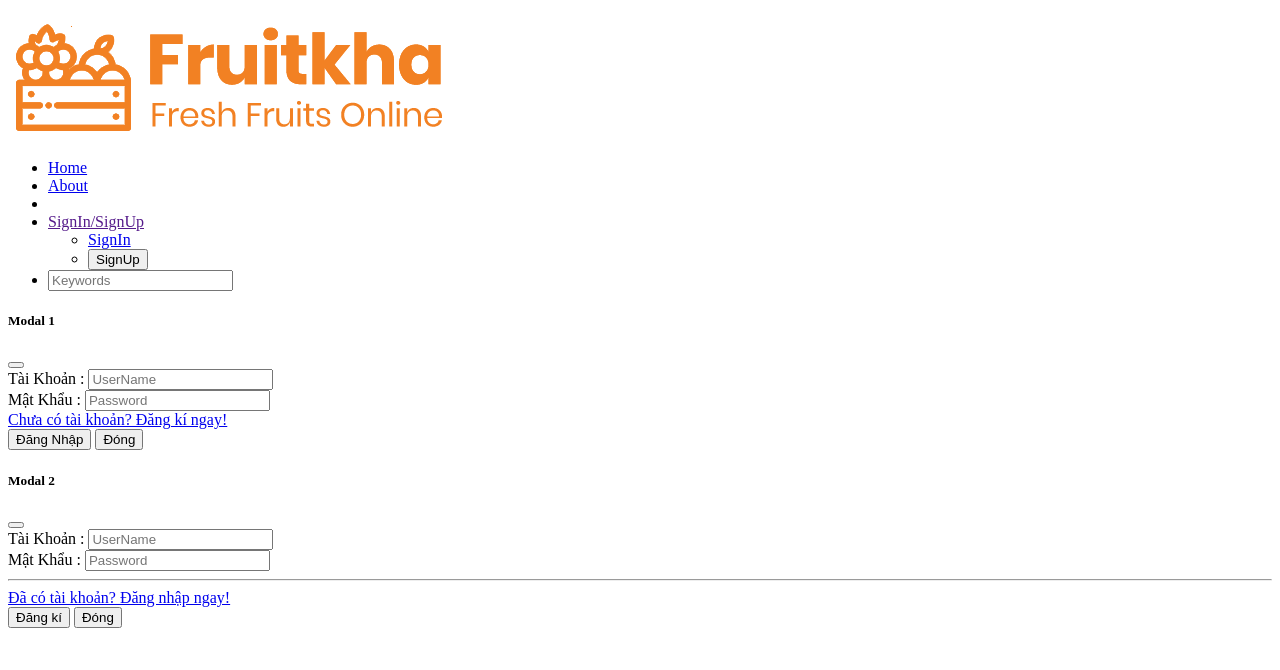
Repository: minhtu5502/Java5
Page: src/main/resources/templates/user/content/nav.html
An editor plug-in stored every save of this project. The page is shown before and after the next save, followed by the edit.
The browser window is 1280 px wide. The pictures show the whole page.

Above is the page before, as saved 2022-06-14 09:17:14.

After the next save:
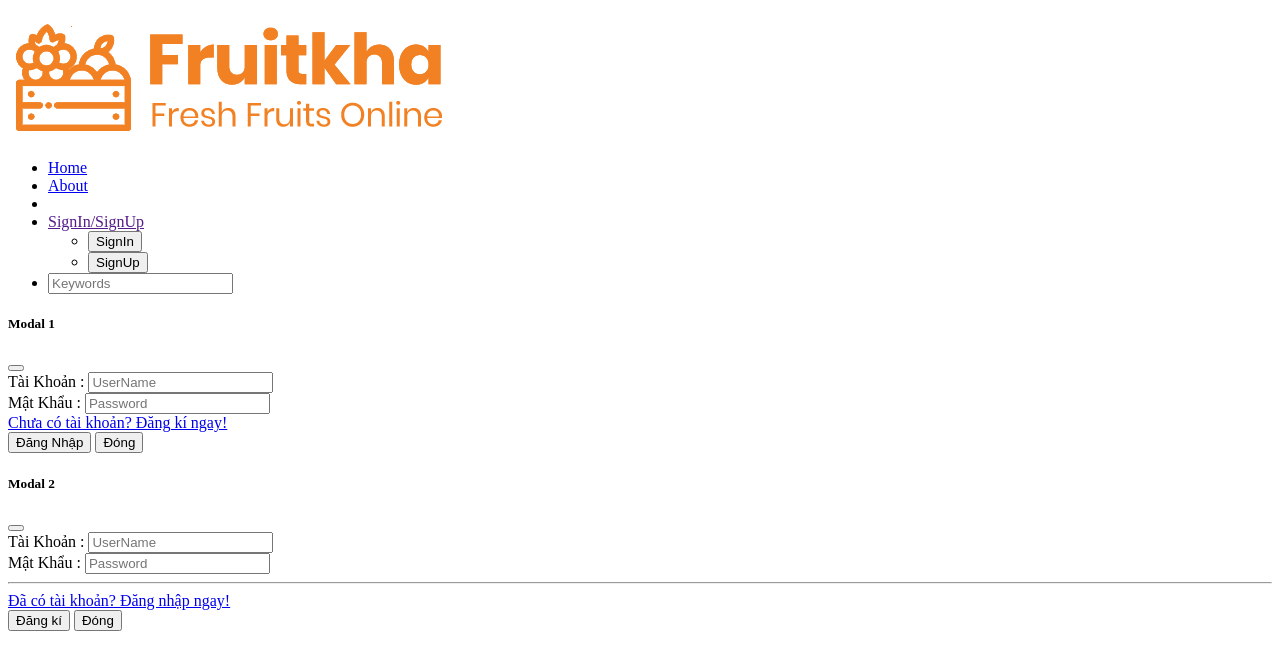
Saved 5 s later.
--- a/src/main/resources/templates/user/content/nav.html
+++ b/src/main/resources/templates/user/content/nav.html
@@ -60,8 +60,8 @@
                                 </li>
                                 <li><a href="">SignIn/SignUp</a>
                                     <ul class="sub-menu">
-                                        <li><a class="btn" data-bs-toggle="modal" href="#modalSignIn"
-                                                role="button">SignIn</a></li>
+                                        <li><button class="btn" data-bs-toggle="modal" href="#modalSignIn"
+                                                role="button">SignIn</></li>
                                         <li><button class="btn" data-bs-toggle="modal" href="#modalSignUp"
                                                 role="button">SignUp</button></li>
                                     </ul>
